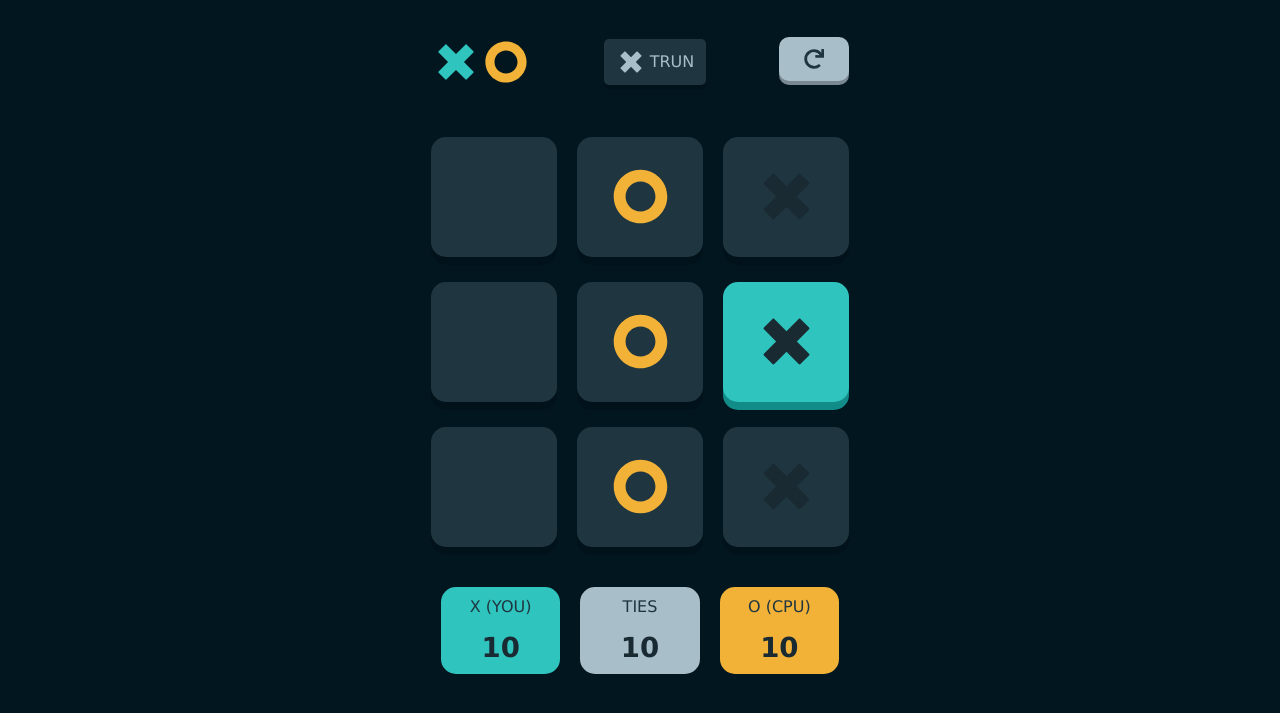
Repository: SD-Mdouka/XO_GAME
Page: /, after clicking the first element matching `button.btn`
The author's editor kept a copy of each file at every save. The page is drawn from the files as they stood at one save, then again after the next save.
The browser window is 1280 px wide. The pictures show the whole page.
The project was rebuilt for these pictures with package versions that can differ from the ones it lists, and the page was loaded fresh each time. Also part of the build but not shown: src/component/modal/Restart.js, src/component/modal/Win.js.

Above is the page before, as saved 2022-08-30 12:16:27.

### src/index.js
import React from "react";
import ReactDOM from "react-dom/client";
import "./index.css";
import App from "./App";
import { ModalState } from "./component/context/ModalContext";
import { GameContext, GameState } from "./component/context/GameContext";

const root = ReactDOM.createRoot(document.getElementById("root"));
root.render(
  <React.StrictMode>
    <ModalState>
      <GameState>
        <App />
      </GameState>
    </ModalState>
  </React.StrictMode>
);

### src/index.css
* {
    padding: 0;
    margin: 0;
    box-sizing: border-box;
}

:root {
    --color-bg-dark: #192a33;
    --color-bg-light: #1f3640;
    --color-gray: #a8bec9;
    --color-gray-dark: #7a8991;
    --color-yellow: #f2b238;
    --color-yellow-dark: #cd8d16;
    --color-blue: #30c4be;
    --color-blue-dark: #128c89;
    --shadow-y: 6px;
}

html {
    font-family: "Lucida Sans", "Lucida Sans Regular", "Lucida Grande", "Lucida Sans Unicode", Geneva, Verdana, sans-serif;
    text-transform: uppercase;
    font-size: 16px;
}

body {
    background-color: var(--color-bg-dark);
    color: var(--color-gray);
}

.App {
    background-color: #021620;
    min-height: 100vh;
    display: flex;
    align-items: center;
    justify-content: center;
}

.container {
    max-width: 450px;
    width: 100%;
    margin-inline: auto;
    padding: 2rem 1rem;
}


/*utilites*/

.card {
    padding: 25px;
    display: flex;
    flex-direction: column;
    gap: 25px;
    border-radius: 15px;
    background-color: var(--color-bg-light);
    -webkit-border-radius: 15px;
    -moz-border-radius: 15px;
    -ms-border-radius: 15px;
    -o-border-radius: 15px;
    text-align: center;
}

.text-lg {
    font-size: 1.25rem;
}

.text-xl {
    font-size: 1.5rem;
}

.text-2xl {
    font-size: 1.725rem;
}

.text-light {
    color: var(--color-gray);
}

.text-blue {
    color: var(--color-blue);
}

.text-yellow {
    color: var(--color-yellow);
}

.bg-blue {
    background-color: var(--color-blue);
    color: var(--color-bg-dark);
}

.bg-yellow {
    background-color: var(--color-yellow);
    color: var(--color-bg-dark);
}

.bg-light {
    background-color: var(--color-gray);
    color: var(--color-bg-dark);
}

.bg-blue.text-light,
.bg-blue .text-light,
.bg-yellow.text-light,
.bg-yellow .text-light,
.bg-light .text-light,
.bg-light.text-light {
    color: var(--color-bg-light);
}

.btn {
    background-color: var(--color-gray);
    border: none;
    font-size: 1.125rem;
    font-weight: bold;
    padding: 12px 25px;
    text-transform: uppercase;
    cursor: pointer;
    border-radius: 10px;
    -webkit-border-radius: 10px;
    -moz-border-radius: 10px;
    -ms-border-radius: 10px;
    -o-border-radius: 10px;
    color: var(--color-bg-light);
    display: inline-block;
    box-shadow: 0 var(--shadow-y) 0 var(--color-gray-dark);
    margin-bottom: 6px;
    transition: all 0.2s;
    -webkit-transition: all 0.2s;
    -moz-transition: all 0.2s;
    -ms-transition: all 0.2s;
    -o-transition: all 0.2s;
}

.btn:hover {
    --shadow-y: 8px;
    transform: translateY(-2px);
    -webkit-transform: translateY(-2px);
    -moz-transform: translateY(-2px);
    -ms-transform: translateY(-2px);
    -o-transform: translateY(-2px);
}

.btn:active {
    --shadow-y: 4px;
    transform: translateY(2px);
    -webkit-transform: translateY(2px);
    -moz-transform: translateY(2px);
    -ms-transform: translateY(2px);
    -o-transform: translateY(2px);
}

.btn-yellow {
    background-color: var(--color-yellow);
    box-shadow: 0 var(--shadow-y) 0 var(--color-yellow-dark);
}

.btn-blue {
    background-color: var(--color-blue);
    box-shadow: 0 var(--shadow-y) 0 var(--color-blue-dark);
}

.btn-sm {
    --shadow-y: 4px;
}

.btn-sm:hover {
    --shadow-y: 6px;
}

.btn-sm:active {
    --shadow-y: 3px;
}

.shadow-gray {
    box-shadow: 0 8px 0 rgba(0, 0, 0, 0.2);
}

.shadow-blue {
    box-shadow: 0 8px 0 var(--color-blue-dark);
}

.shadow-yellow {
    box-shadow: 0 8px 0 var(--color-yellow-dark);
}


/* icons */

.icon {
    display: inline-block;
}

.icon svg {
    fill: var(--color-gray);
    height: 50px;
    width: 50px;
    vertical-align: middle;
}

.icon-sm svg {
    height: 30px;
    width: 30px;
}

.icon-lg svg {
    height: 65px;
    width: 65px;
}

.icon-yellow svg {
    fill: var(--color-yellow);
}

.icon-blue svg {
    fill: var(--color-blue);
}

.icon-dark svg {
    fill: var(--color-bg-dark);
}


/* Sarte */

.start {
    display: flex;
    flex-direction: column;
    gap: 25px;
}

.start__header {
    display: flex;
    align-items: center;
    justify-content: center;
}

.start__players {
    background-color: var(--color-bg-dark);
    padding: 10px;
    border-radius: 15px;
    -webkit-border-radius: 15px;
    -moz-border-radius: 15px;
    -ms-border-radius: 15px;
    -o-border-radius: 15px;
    display: flex;
    align-items: center;
    box-shadow: inset 0 0 8px rgba(0, 0, 0, 0.2);
}

.start__players span {
    width: 50%;
    display: flex;
    align-items: center;
    justify-content: center;
    padding: 15px 10px;
    border-radius: 10px;
    -webkit-border-radius: 10px;
    -moz-border-radius: 10px;
    -ms-border-radius: 10px;
    -o-border-radius: 10px;
    cursor: pointer;
}

.start__players--active {
    background-color: var(--color-gray);
    box-shadow: 0 0 8px rgba(255, 255, 255, 0.2);
}

.start__btns {
    display: flex;
    flex-direction: column;
    gap: 12px;
}


/* board */

.board__header {
    display: flex;
    justify-content: space-between;
    align-items: center;
    margin-bottom: 50px;
}

.board__turn {
    border-radius: 5px;
    background-color: var(--color-bg-light);
    -webkit-border-radius: 5px;
    -moz-border-radius: 5px;
    -ms-border-radius: 5px;
    -o-border-radius: 5px;
    padding: 8px 12px;
    align-items: center;
    display: flex;
    gap: 4px;
    box-shadow: 0 4px 0 rgba(0, 0, 0, 0.2);
}

.board__restart svg {
    height: 20px;
    display: flex;
    align-items: center;
    transform-origin: center;
    transition: all 0.3s;
    -webkit-transition: all 0.3s;
    -moz-transition: all 0.3s;
    -ms-transition: all 0.3s;
    -o-transition: all 0.3s;
}

.board__restart:active svg {
    transform: rotate(180deg);
    -webkit-transform: rotate(180deg);
    -moz-transform: rotate(180deg);
    -ms-transform: rotate(180deg);
    -o-transform: rotate(180deg);
}

.board__body {
    display: grid;
    grid-template-columns: repeat(3, 1fr);
    gap: 25px 20px;
}

.board__body .card {
    height: 120px;
    display: flex;
    align-items: center;
    justify-content: center;
    cursor: pointer;
    padding-inline: 10px;
}

.board__body .active.shadow-blue {
    background-color: var(--color-blue);
}

.board__body .active.shadow-yellow {
    background-color: var(--color-yellow);
}

.board__body .active.shadow-dark {
    background-color: var(--color-bg-dark);
}

.board__footer {
    margin-top: 30px;
    display: grid;
    grid-template-columns: repeat(3, 1fr);
    gap: 20px;
    padding: 10px;
}

.board__footer .card {
    gap: 15px;
    padding: 10px;
}


/*modal*/

.modal {
    position: fixed;
    top: 0;
    left: 0;
    width: 100vw;
    height: 100vh;
    z-index: 999;
    background-color: rgba(0, 0, 0, 0.5);
    display: flex;
    align-items: center;
}

.modal__content {
    width: 100%;
    background-color: var(--color-bg-light);
}


/*score*/

.score {
    text-align: center;
}

.score__title {
    font-size: 2rem;
    display: flex;
    align-items: center;
    justify-content: center;
    gap: 6px;
    margin: 30px 0;
}

.score__btns {
    display: flex;
    align-items: center;
    justify-content: center;
    gap: 15px;
}


/*restart*/

.restart {
    text-align: center;
}

.restart__title {
    font-size: 2rem;
    display: flex;
    align-items: center;
    justify-content: center;
    gap: 6px;
    margin-bottom: 30px;
}

.restart__btns {
    display: flex;
    align-items: center;
    justify-content: center;
    gap: 15px;
}

### src/App.js
import React, { useContext } from "react";
import Board from "./component/board/Board";
import { GameContext } from "./component/context/GameContext";
import Modal from "./component/modal/Modal";
import Start from "./component/start/Start";

const App = () => {
  const { screen } = useContext(GameContext);
  return (
    <div className="App">
      <div className="container">
        {screen === "start" && <Start />}
        {screen === "game" && <Board />}
      </div>
      <Modal />
    </div>
  );
};

export default App;

### src/component/context/ModalContext.js
import { createContext, useState } from "react";

const ModalContext = createContext();

const ModalState = (props) => {
  const [show, setShow] = useState(false);
  const [mode, setMode] = useState("winner"); // winer , start
  const showModal = () => setShow(true);
  const hideModal = () => setShow(false);

  return (
    <ModalContext.Provider
      value={{
        show,
        modalMode: mode,
        setModalMode: setMode,
        showModal,
        hideModal,
      }}
    >
      {props.children}
    </ModalContext.Provider>
  );
};
export { ModalContext, ModalState };

### src/component/context/GameContext.js
import { createContext, useState } from "react";

const GameContext = createContext();

const GameState = (props) => {
  const [screen, setScreen] = useState("start"); // start , game
  const [activeUser, setActiveUser] = useState("x"); // x , o
  const [playerMode, setPlayerMode] = useState("user"); // user , ordinateur
  const changePlayeMode = (mode) => {
    setPlayerMode(mode);
    setScreen("game");
  };
  return (
    <GameContext.Provider
      value={{
        screen,
        activeUser,
        setActiveUser,
        changePlayeMode,
      }}
    >
      {props.children}
    </GameContext.Provider>
  );
};
export { GameContext, GameState };

### src/component/board/Board.js
import React from "react";
import Xicons from "../icons/Xicons";
import Oicons from "../icons/Oicons";
import Refrsh from "../icons/Refrsh";
import BorardCard from "./BorardCard";

const Board = () => {
  const squars = [" ", "o", "x", " ", "o", "x", " ", "o", "x"];
  return (
    <div className="board">
      <div className="board__header">
        <div>
          <Xicons />
          <Oicons />
        </div>
        <div className="board__turn">
          <Xicons color={"ligth"} size="sm" /> trun
        </div>
        <div>
          <button className="btn btn-sm board__restart">
            <Refrsh />
          </button>
        </div>
      </div>
      <div className="board__body">
        {squars.map((sq, ix) => (
          <BorardCard key={ix} index={ix} user={sq} active={ix === 5} />
        ))}
      </div>
      <div className="board__footer">
        <div className="card bg-blue">
          <p className="text-light">x (you)</p>
          <strong className="text-2xl">10</strong>
        </div>
        <div className="card bg-light">
          <p className="text-light">ties</p>
          <strong className="text-2xl">10</strong>
        </div>
        <div className="card bg-yellow">
          <p className="text-light">o (cpu)</p>
          <strong className="text-2xl">10</strong>
        </div>
      </div>
    </div>
  );
};

export default Board;

### src/component/modal/Modal.js
import React, { useContext } from "react";
import { ModalContext } from "../context/ModalContext";
import Restart from "./Restart";
import Win from "./Win";

const Modal = () => {
  const { show, modalMode } = useContext(ModalContext);
  return (
    <>
      {show && (
        <div className="modal">
          <div className="modal__content">
            <div className="container">
              {modalMode === "winner" && <Win />}
              {modalMode === "restart" && <Restart />}
            </div>
          </div>
        </div>
      )}
    </>
  );
};

export default Modal;

### src/component/start/Start.js
import React, { useContext } from "react";
import Xicons from "../icons/Xicons";
import Oicons from "../icons/Oicons";
import { GameContext } from "../context/GameContext";

const Start = () => {
  const { activeUser, setActiveUser, changePlayeMode } =
    useContext(GameContext);
  return (
    <div className="start">
      <div className="start__header">
        <Xicons />
        <Oicons />
      </div>
      <div className="card shadow-gray">
        <h1 className="text-lg">Pick Player 1'st mark</h1>
        <div className="start__players">
          <span
            className={activeUser === "x" ? "start__players--active" : ""}
            onClick={() => setActiveUser("x")}
          >
            <Xicons color={activeUser === "x" ? "dark" : "light"} />
          </span>
          <span
            className={activeUser === "o" ? "start__players--active" : ""}
            onClick={() => setActiveUser("o")}
          >
            <Oicons color={activeUser === "o" ? "dark" : "light"} />
          </span>
        </div>
        <p className="text-light">remember:x goes first</p>
      </div>
      <div className="start__btns">
        <button
          className="btn btn-yellow"
          onClick={() => changePlayeMode("cpu")}
        >
          new game (vs CPU)
        </button>
        <button
          className="btn btn-blue"
          onClick={() => changePlayeMode("user")}
        >
          new game (vs Player)
        </button>
      </div>
    </div>
  );
};

export default Start;

### src/component/icons/Xicons.js
import React from "react";

const Xicon = ({ color, size }) => {
  return (
    <div
      className={`icon ${color ? "icon-" + color : "icon-blue"} ${
        size && "icon-" + size
      }`}
    >
      <svg
        version="1.1"
        id="Layer_1"
        x="0px"
        y="0px"
        width="100px"
        height="100px"
        viewBox="0 0 100 100"
      >
        <path
          d="M84.707,68.752L65.951,49.998l18.75-18.752c0.777-0.777,0.777-2.036,0-2.813L71.566,15.295
	c-0.777-0.777-2.037-0.777-2.814,0L49.999,34.047l-18.75-18.752c-0.746-0.747-2.067-0.747-2.814,0L15.297,28.431
	c-0.373,0.373-0.583,0.88-0.583,1.407c0,0.527,0.21,1.034,0.583,1.407L34.05,49.998L15.294,68.753
	c-0.373,0.374-0.583,0.88-0.583,1.407c0,0.528,0.21,1.035,0.583,1.407l13.136,13.137c0.373,0.373,0.881,0.583,1.41,0.583
	c0.525,0,1.031-0.21,1.404-0.583l18.755-18.755l18.756,18.754c0.389,0.388,0.896,0.583,1.407,0.583c0.511,0,1.019-0.195,1.408-0.583
	l13.138-13.137C85.484,70.789,85.484,69.53,84.707,68.752z"
        />
      </svg>
    </div>
  );
};

export default Xicon;

### src/component/icons/Oicons.js
import React from "react";

const Oicon = ({ color, size }) => {
  return (
    <div
      className={`icon ${color ? "icon-" + color : "icon-yellow"} ${
        size && "icon-" + size
      }`}
    >
      <svg
        version="1.1"
        id="Layer_1"
        x="0px"
        y="0px"
        viewBox="-169 -35 100 100"
      >
        <g>
          <path
            d="M-119,56.2c-22.7,0-41.2-18.5-41.2-41.2s18.5-41.2,41.2-41.2c22.7,0,41.2,18.5,41.2,41.2S-96.3,56.2-119,56.2z M-119-8
		c-12.7,0-23,10.3-23,23c0,12.7,10.3,23,23,23s23-10.3,23-23C-96,2.3-106.3-8-119-8z"
          />
        </g>
      </svg>
    </div>
  );
};

export default Oicon;

### src/component/icons/Refrsh.js
import React from "react";

const Refrsh = () => {
  return (
    <svg
      aria-hidden="true"
      focusable="false"
      data-prefix="fas"
      data-icon="redo"
      role="img"
      xmlns="http://www.w3.org/2000/svg"
      viewBox="0 0 512 512"
    >
      <path
        fill="currentColor"
        d="M500.33 0h-47.41a12 12 0 0 0-12 12.57l4 82.76A247.42 247.42 0 0 0 256 8C119.34 8 7.9 119.53 8 256.19 8.1 393.07 119.1 504 256 504a247.1 247.1 0 0 0 166.18-63.91 12 12 0 0 0 .48-17.43l-34-34a12 12 0 0 0-16.38-.55A176 176 0 1 1 402.1 157.8l-101.53-4.87a12 12 0 0 0-12.57 12v47.41a12 12 0 0 0 12 12h200.33a12 12 0 0 0 12-12V12a12 12 0 0 0-12-12z"
      ></path>
    </svg>
  );
};

export default Refrsh;

### src/component/board/BorardCard.js
import React from "react";
import Xicons from "../icons/Xicons";
import Oicons from "../icons/Oicons";

const BorardCard = ({ user = "nouser", active, index }) => {
  return (
    <div
      className={`card
      ${active && user === "x" && "shadow-blue"}
    ${active && user === "o" && "shadow-yellow"}
    ${!active ? "shadow-gray" : "active"}
    `}
    >
      {user === "x" && <Xicons color={"dark"} size="lg" />}
      {user === "o" && <Oicons size="lg" />}
    </div>
  );
};

export default BorardCard;

Loaded but not shown: public/index.html (common file)

After the next save:
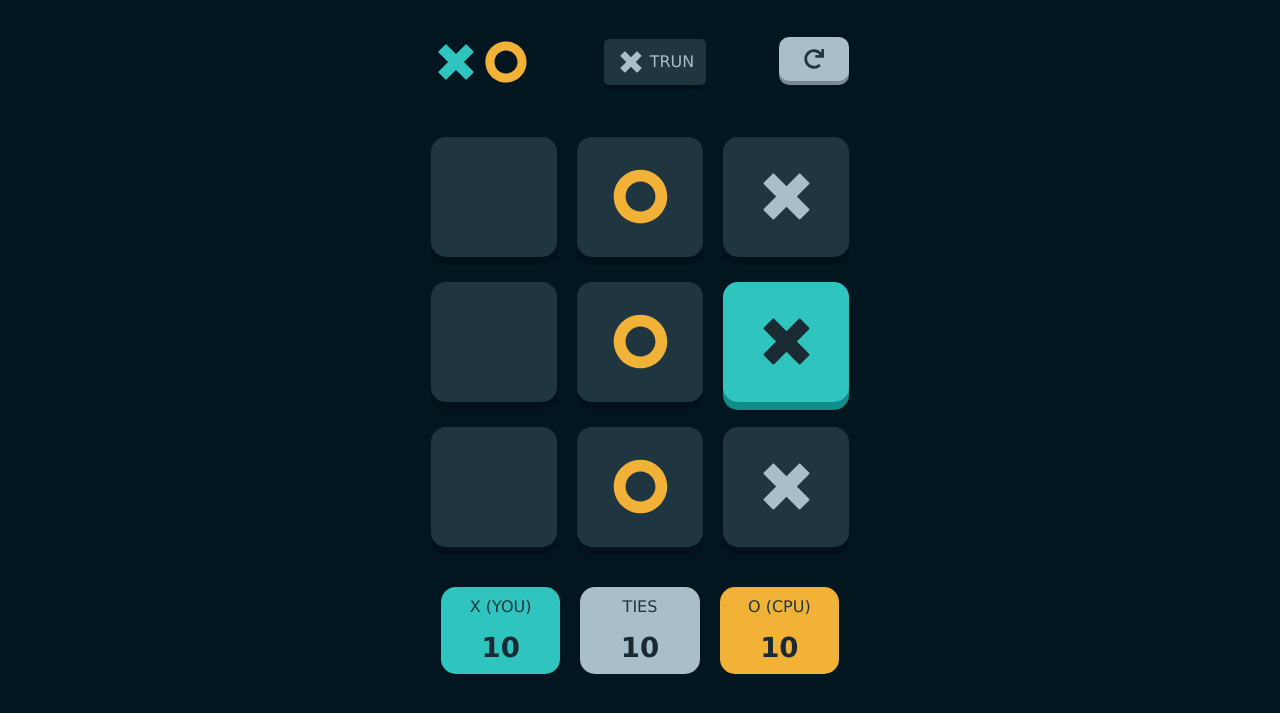
Saved 2 min 7 s later.
--- a/src/component/board/BorardCard.js
+++ b/src/component/board/BorardCard.js
@@ -11,7 +11,9 @@ const BorardCard = ({ user = "nouser", active, index }) => {
     ${!active ? "shadow-gray" : "active"}
     `}
     >
-      {user === "x" && <Xicons color={"dark"} size="lg" />}
+      {user === "x" && (
+        <Xicons color={`${active && user === "x" && "dark"}`} size="lg" />
+      )}
       {user === "o" && <Oicons size="lg" />}
     </div>
   );
